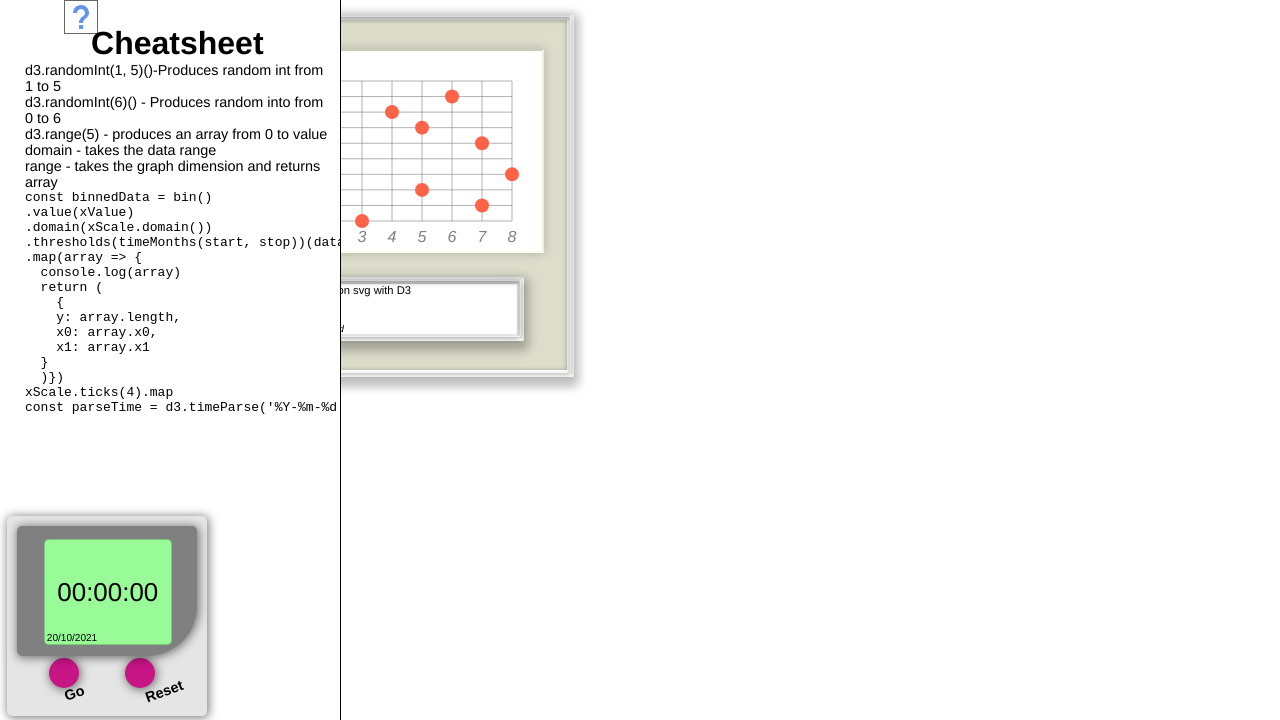
Repository: Lewisjohnward/100-days-of-d3
Page: /
An editor plug-in stored every save of this project. The page is shown before and after the next save, followed by the edit.
The browser window is 1280 px wide. The pictures show the whole page.
The page's requests for data from a server got no answer. An inner scrolling area shows only its first screen. The project was rebuilt for these pictures with package versions that can differ from the ones it lists, and the page was loaded fresh each time. No one was signed in, and anything a server would have sent is missing. Also part of the build but not shown: src/charts/chart2/useGetData.js, src/charts/chart2/styles.js, src/charts/chart2/Chart.js, src/charts/chart3/useGetData.js, src/charts/chart3/styles.js, src/charts/chart3/Chart.js, src/charts/chart4/useGetData.js, src/charts/chart4/styles.js and 4 more.

Above is the page before, as saved 2021-10-20 15:45:35.

### src/App.js
import styled from "styled-components";
import { Chart1, Chart2, Chart3, Chart4, Chart5 } from "./charts/index.js";
import { Hello } from "./components/HelloD3";
import { Navbar } from "./components/Navbar.js";

const BodyContainer = styled.div`
  position: relative;
  z-index: 99;
  display: flex;
  height: ${({ height }) => height}px;
  overflow: hidden;
`;

const ChartGrid = styled.div`
  width: 75%;
  display: grid;
  overflow: scroll;
  grid-template-columns: repeat(3, 400px);
  grid-template-rows: repeat(2, 400px);
  justify-content: center;
  align-items: start;
  align-content: start;
  grid-gap: 0px;
  border-left: 1px solid black;
  padding: 1%;
`;



const height = window.innerHeight;

function App() {
  return (
    <BodyContainer height={height}>
      <Hello />
      <Navbar />
      <ChartGrid>
        <Chart1 />
        <Chart2 />
        <Chart2 />
        <Chart3 />
        <Chart4 />
        <Chart5 />
      </ChartGrid>
    </BodyContainer>
  );
}

export default App;

### src/index.css
*{
    margin: 0;
    padding: 0;
}

body {
    font-family: Helvetica, "Trebuchet MS", Verdana, sans-serif;
}

### src/charts/index.js
export { Test as Chart1} from "./chart1/Chart"
export { Chart as Chart2} from "./chart2/Chart"
export { Chart as Chart3} from "./chart3/Chart"
export { Chart as Chart4} from "./chart4/Chart"
export { Chart as Chart5} from "./chart5/Chart"

### src/components/HelloD3.js
import { useState } from "react";
import styled, { keyframes } from "styled-components";

const letterAnimation = keyframes`
    0% {transform: rotate(0deg);}
    20% {transform: rotate(-45deg);}
    100% {transform: rotate(-45deg);}
`;

const TextContainer = styled.div`
  position: absolute;
  top: 25%;
  display: flex;
  font-size: 10em;

`;

const LetterContainer = styled.div`
  &.fallanimation {
    transition: transform 1s;
    transform: translateY(942px);
  }

  p {
    font-weight: ${({bold}) => bold ? 600: 300};
    &.fallanimation {
      animation: ${letterAnimation} ease-out 1s forwards;
    }
  }
`;

const word = "Hello";
const d3 = "D3"
const d3Array = d3.split("");
const wordArray = word.split("");
const height = window.innerHeight;

export const Hello = () => {
  return (
    <TextContainer>
      {wordArray.map((d) => (
        <Letter letter={d} />
      ))}
      {d3Array.map((d) => (
        <Letter letter={d} bold={true}/>
      ))}
    </TextContainer>
  );
};

const Letter = ({ letter, bold}) => {
  const [visible, setVisible] = useState(true);

  const handleMouseEnter = () => {
    setVisible((prev) => !prev);
  };

  return (
    <LetterContainer className={!visible && "fallanimation"} height={height} bold={bold}>
      <p
        className={!visible && "fallanimation"}
        onMouseEnter={() => handleMouseEnter()}
      >
        {letter}
      </p>
    </LetterContainer>
  );
};

### src/components/Navbar.js
import { useState } from "react";
import styled from "styled-components";
import { TimerComponent as Timer } from "./Timer";
import { IoMdHelp } from "react-icons/io";

const NavContainer = styled.div`
  height: 100%;
  width: 25%;
  overflow: hidden;
  background: white;
  padding: 25px 10px 25px 25px;

  > p {
    font-size: 0.9em;
  }

  &.open {
    transition: all 1s ease-in;
    transform: translateX(0px);
  }
  &.close {
    transition: all 1s ease-in;
    transform: translateX(-100px);
  }
`;

const Title = styled.div`
  font-size: 2em;
  font-weight: 700;
  text-align: center;
`;

const Icon = styled(IoMdHelp)`
  position: absolute;
  left: 5%;
  top: 5;
  z-index: 1;
  font-size: 2em;
  color: cornflowerblue;
  cursor: pointer;
  border: 1px solid rgba(0, 0, 0, 0.6);
`;

const code = `const binnedData = bin()
.value(xValue)
.domain(xScale.domain())
.thresholds(timeMonths(start, stop))(data)
.map(array => {
  console.log(array)
  return (
    {
    y: array.length,
    x0: array.x0,
    x1: array.x1
  }
  )})`;

export const Navbar = () => {
  const [visible, setVisible] = useState(true);
  return (
    <>
      <Icon onClick={() => setVisible((prev) => !prev)} />
      <NavContainer className={visible ? "open" : "close"}>
        <Title>Cheatsheet</Title>
        <p>d3.randomInt(1, 5)()-Produces random int from 1 to 5</p>
        <p>d3.randomInt(6)() - Produces random into from 0 to 6</p>
        <p>d3.range(5) - produces an array from 0 to value</p>
        <p>domain - takes the data range</p>
        <p>range - takes the graph dimension and returns array</p>
        <pre>
          <code>{code}</code>
        </pre>
        <pre>
          <code>xScale.ticks(4).map</code>
        </pre>
        <pre>
          <code>const parseTime = d3.timeParse('%Y-%m-%d');</code>
        </pre>
        <Timer />
      </NavContainer>
    </>
  );
};

### src/charts/chart1/Chart.js
import { useState } from "react";
import { randomInt, range, scaleLinear, max } from "d3";
import {
  Frame,
  Svg,
  ChartContainer,
  Description,
  DescriptionContainer,
  Signature,
} from "./styles";

const data = range(10).map((d) => ({
  a: randomInt(10)(),
  b: d,
}));

const margin = {
  top: 30,
  right: 30,
  bottom: 30,
  left: 30,
};

const height = 200;
const width = 300;

const AxisTickOffset = 7;

const innerHeight = height - margin.top - margin.bottom;
const innerWidth = width - margin.left - margin.right;

export const Chart = () => {
  const xValue = (d) => d.a;
  const yValue = (d) => d.b;

  const xAxisScale = scaleLinear()
    .domain([0, max(data, xValue)])
    .range([0, innerWidth])
    .nice();

  const yAxisScale = scaleLinear()
    .domain([0, max(data, yValue)])
    .range([innerHeight, 0])
    .nice();

  return (
    <Frame>
      <ChartContainer>
        <Svg height={height} width={width}>
          <g transform={`translate(${margin.left}, ${margin.top})`}>
            {xAxisScale.ticks().map((tickValue) => (
              <g transform={`translate(${xAxisScale(tickValue)}, 0)`}>
                <line y2={innerHeight} stroke="black" />
                <text
                  y={innerHeight + 3 * AxisTickOffset}
                  style={{ textAnchor: "middle" }}
                >
                  {tickValue}
                </text>
              </g>
            ))}

            {yAxisScale.ticks().map((tickValue) => (
              <g transform={`translate(0, ${yAxisScale(tickValue)})`}>
                <line x2={innerWidth} stroke="black" />
                <text
                  x={-AxisTickOffset}
                  dy="0.32em"
                  style={{ textAnchor: "end" }}
                >
                  {tickValue}
                </text>
              </g>
            ))}
            {data.map(({ a, b }) => (
              <Mark x={xAxisScale(a)} y={yAxisScale(b)} r={7} />
            ))}
          </g>
        </Svg>

        <Frame small={"true"}>
          <DescriptionContainer>
            <Description>Scatter graph on svg with D3</Description>
            <Signature>09/10/21 - L Ward</Signature>
          </DescriptionContainer>
        </Frame>
      </ChartContainer>
    </Frame>
  );
};

export const Chart1= () => {
  const xValue = (d) => d.a;
  const yValue = (d) => d.b;

  const xAxisScale = scaleLinear()
    .domain([0, max(data, xValue)])
    .range([0, innerWidth])
    .nice();

  const yAxisScale = scaleLinear()
    .domain([0, max(data, yValue)])
    .range([innerHeight, 0])
    .nice();

  return (
        <Svg height={height} width={width}>
          <g transform={`translate(${margin.left}, ${margin.top})`}>
            {xAxisScale.ticks().map((tickValue) => (
              <g transform={`translate(${xAxisScale(tickValue)}, 0)`}>
                <line y2={innerHeight} stroke="black" />
                <text
                  y={innerHeight + 3 * AxisTickOffset}
                  style={{ textAnchor: "middle" }}
                >
                  {tickValue}
                </text>
              </g>
            ))}

            {yAxisScale.ticks().map((tickValue) => (
              <g transform={`translate(0, ${yAxisScale(tickValue)})`}>
                <line x2={innerWidth} stroke="black" />
                <text
                  x={-AxisTickOffset}
                  dy="0.32em"
                  style={{ textAnchor: "end" }}
                >
                  {tickValue}
                </text>
              </g>
            ))}
            {data.map(({ a, b }) => (
              <Mark x={xAxisScale(a)} y={yAxisScale(b)} r={7} />
            ))}
          </g>
        </Svg>
  );
};

const Mark = ({ x, y, r }) => {
  const [tooltipVisible, setToolTipVisible] = useState(false);

  return (
    <>
    <circle
        cx={x}
        cy={y}
        r={r}
        fill={"black"}
        onMouseEnter={() => setToolTipVisible(!tooltipVisible)}
        onMouseLeave={() => setToolTipVisible(!tooltipVisible)}
      />
      {tooltipVisible && <rect x={x + 10} y={y - 25} height={50} width={50} rx={5} />}

    </>
  );
};

export const Test = () => {
  return (
    <Frame>
    <ChartContainer>
      <Chart1 />
    <Frame small={"true"}>
          <DescriptionContainer>
          <Description>Scatter graph on svg with D3</Description>
            <Signature>09/10/21 - L Ward</Signature>
          </DescriptionContainer>
        </Frame>
      </ChartContainer>
    </Frame>
  )


}

### src/components/Timer.js
import { useState, useEffect } from "react";
import styled, { keyframes } from "styled-components";

const Icon = styled.div`
  position: absolute;
  bottom: 7%;
  left: 2%;
  height: 200px;
  width: 200px;
  padding: 0px;
  margin: 0px;

  color: black;
  overflow: hidden;
  background: rgb(229, 229, 229);
  opacity: 1;
  text-shadow: none;
  font-weight: 300;
  font-size: 0.9em;
  box-shadow: 1px 1px 10px 1px rgba(0, 0, 0, 0.5);
  border-radius: 5px;
`;

const Container = styled.div`
  height: 100%;
  width: 100%;
  display: flex;
  flex-direction: column;
  justify-content: center;
  align-items: center;
`;

const Timer = styled.div`
  position: relative;
  background: gray;
  height: 65%;
  width: 90%;
  border-radius: 5px 5px 50px 5px;
  box-shadow: 1px 1px 10px 1px rgba(0, 0, 0, 0.5);
`;

const TimerContainer = styled.div`
  position: absolute;
  top: 10%;
  left: 15%;
  height: 80%;
  width: 70%;
  display: flex;
  justify-content: center;
  align-items: center;

  background: palegreen;
  border-radius: 5px;
  border: 1px solid rgba(0, 0, 0, 0.2);
  font-size: 1.8em;
`;

const ButtonContainer = styled.div`
  height: 25%;
  width: 80%;
  display: flex;

  flex-direction: row;
  justify-content: space-around;
  align-items: center;
`;

const Start_StopContainer = styled.div`
  display: flex;
  align-items: center;
  justify-content: center;
  background: mediumvioletred;
  width: 30px;
  height: 30px;
  border-radius: 100%;
  box-shadow: 1px 1px 10px 1px rgba(0, 0, 0, 0.5);
  font-size: 1.2em;
  font-weight: 800;
  cursor: pointer;

  &:active {
    transition: transform 0.1s box-shadow 0.1s;
    transform: translateY(10%);
  }
`;

const ButtonDiv = styled.div`
  font-weight: 600;

  p {
    transform: translate(50%, -30%) rotate(-20deg);
  }
`;

const DateContainer = styled.div`
  position: absolute;
  top: 58%;
  left: 20%;
  font-size: 0.7em;
  text-decoration: italic;

  .today {
    right: 0%;
  }
`;

export const TimerComponent = ({ grid }) => {
  const [seconds, setSeconds] = useState(0);
  const [active, setActive] = useState(false);

  useEffect(() => {
    const seconds = parseInt(localStorage.getItem("seconds-d3")) || 0;
    const active = localStorage.getItem("state-d3") || false;
    setActive(active);
    setSeconds(seconds);
  }, []);

  useEffect(() => {
    if (active) {
      setTimeout(() => {
        setSeconds((prev) => prev + 1);
      }, 1000);
    }
    localStorage.setItem("seconds-d3", seconds);
    localStorage.setItem("state-d3", active);
  }, [active, seconds]);

  function secondsToTime(e) {
    var h = Math.floor(e / 3600)
        .toString()
        .padStart(2, "0"),
      m = Math.floor((e % 3600) / 60)
        .toString()
        .padStart(2, "0"),
      s = Math.floor(e % 60)
        .toString()
        .padStart(2, "0");

    return h + ":" + m + ":" + s;
    //return `${h}:${m}:${s}`;
  }

  return (
    <Icon className={`icon`}>
      <Container>
        <Timer>
          <TimerContainer>{secondsToTime(seconds)}</TimerContainer>
        </Timer>
        <DateContainer>20/10/2021</DateContainer>

        <ButtonContainer>
          <ButtonDiv>
            <Start_StopContainer
              onClick={() => {
                if (!active) {
                  setActive(true);
                }
              }}
            />
            <p>Go</p>
          </ButtonDiv>
          {active ? (
            <ButtonDiv>
              <Start_StopContainer onClick={() => setActive(false)} />
              <p>Stop</p>
            </ButtonDiv>
          ) : (
            <ButtonDiv>
              <Start_StopContainer onClick={() => setSeconds(0)} />
              <p>Reset</p>
            </ButtonDiv>
          )}
        </ButtonContainer>
      </Container>
    </Icon>
  );
};

### src/charts/chart1/styles.js
import styled from "styled-components";

export const Frame = styled.div`
  height: ${({ small }) => (small ? "50px" : "350px")};
  width: ${({ small }) => (small ? "250px" : "350px")};
  background-color: #ddc;
  border: solid 1vmin #eee;
  border-bottom-color: #fff;
  border-left-color: #eee;
  border-radius: 2px;
  border-right-color: #eee;
  border-top-color: #ddd;
  box-shadow: 0 0 5px 0 rgba(0, 0, 0, 0.25) inset,
    0 5px 10px 5px rgba(0, 0, 0, 0.25);

  position: relative;
  text-align: center;
  &:before {
    border-radius: 2px;
    bottom: -0.4vmin;
    box-shadow: 0 2px 5px 0 rgba(0, 0, 0, 0.25) inset;
    content: "";
    left: -0.4vmin;
    position: absolute;
    right: -0.4vmin;
    top: -0.4vmin;
  }
  &:after {
    border-radius: 2px;
    bottom: -0.5vmin;
    box-shadow: 0 2px 5px 0 rgba(0, 0, 0, 0.25);
    content: "";
    left: -0.5vmin;
    position: absolute;
    right: -0.5vmin;
    top: -0.5vmin;
  }
`;

export const ChartContainer = styled.div`
position: relative;
z-index: 999;
  display: flex;
  flex-direction: column;
  justify-content: space-around;
  align-items: center;
  height: 100%;
  width: 100%;
  padding: 5% 1%;
  box-sizing: border-box;
`;

export const Svg = styled.svg`
  height: ${({ height }) => height}px;
  width: ${({ width }) => width}px;
  background: white;
  box-shadow: 0px 0px 10px 0px rgba(0, 0, 0, 0.2);
  border: solid 2px;
  border-bottom-color: #ffe;
  border-left-color: #eed;
  border-right-color: #eed;
  border-top-color: #ccb;


  line {
    stroke: gray;
    opacity: 0.6;
  }

  circle {
    fill: tomato;
  }

  text {
    font-style: italic;
    fill: gray;
  }

  rect {
    stroke: tomato;
    fill: white;
  }
`;

export const DescriptionContainer = styled.div`
  box-sizing: border-box;
  display: flex;
  flex-direction: column;
  justify-content: space-between;
  width: 100%;
  height: 100%;
  box-shadow: 0px 0px 10px 0px rgba(0, 0, 0, 0.2);
  background: white;
`;

export const Description = styled.p`
  text-align: left;
  font-size: 0.7em;
`;

export const Signature = styled.p`
  text-align: left;
  font-style: italic;
  font-size: 0.6em;
`;

Loaded but not shown: public/index.html (common file); src/index.js (common file)

After the next save:
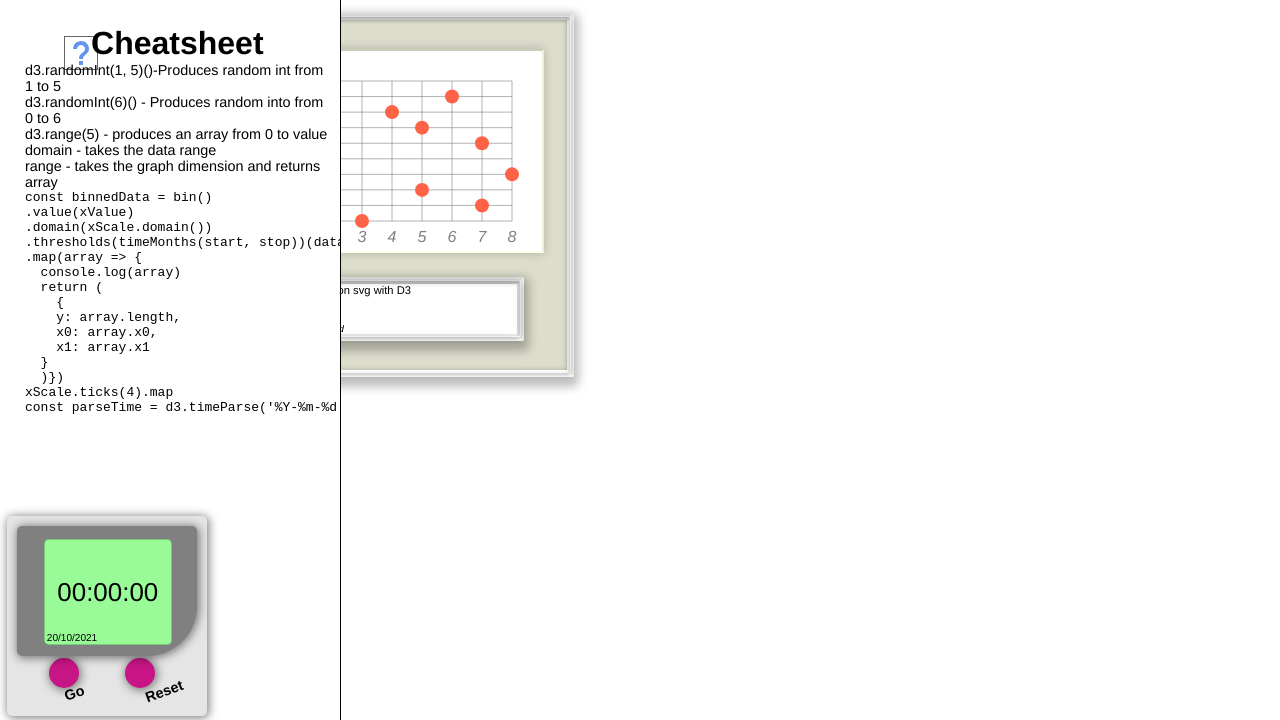
Saved 8 s later.
--- a/src/components/Navbar.js
+++ b/src/components/Navbar.js
@@ -33,7 +33,7 @@ const Title = styled.div`
 const Icon = styled(IoMdHelp)`
   position: absolute;
   left: 5%;
-  top: 5;
+  top: 5%;
   z-index: 1;
   font-size: 2em;
   color: cornflowerblue;
